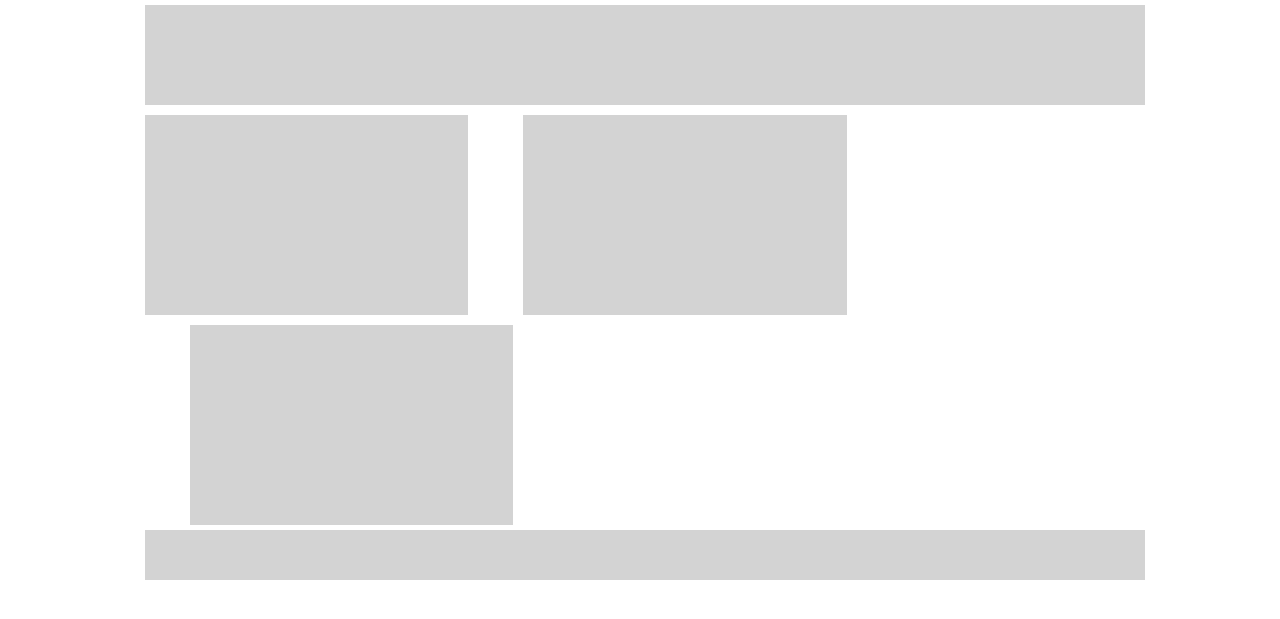
Repository: onopriienkoalina/onopriienkoalina.github.io
Page: dz9_containers/index.html
The author's editor kept a copy of each file at every save. The page is drawn from the files as they stood at one save, then again after the next save.
The browser window is 1280 px wide. The pictures show the whole page.
The style sheet was rebuilt from its Sass, Less or Tailwind sources for each picture, by a compiler version that may differ from the author's.

Above is the page before, as saved 2021-12-01 18:30:58.

### dz9_containers/index.html
<!DOCTYPE html>
<html lang="en">
<head>
    <meta charset="UTF-8">
    <meta http-equiv="X-UA-Compatible" content="IE=edge">
    <meta name="viewport" content="width=device-width, initial-scale=1.0">
    <title>Document</title>
    <link href="reset.css" rel="stylesheet">
    <link href="css/style.css" rel="stylesheet">
</head>
<body>
    <div class="block1">
<div class="header"></div>
<div class="section1"></div>
<div class="section2"></div>
<div class="section3"></div>
<div class="footer"></div>
</div>
</body>
</html>

### dz9_containers/style.scss

.section1{
 float: left;
 width: 32.33%;
 height: 200px;
 margin: 5px;
 background-color: #D3D3D3;
}
.section2{
    float: left;
    width: 32.33%;
    height: 200px;
    margin: 5px;
    margin-left: 5%;
    background-color: #D3D3D3;
}
.section3{
    float: left;
    width: 32.33%;
    height: 200px;
    margin: 5px;
    margin-left: 5%;
    background-color: #D3D3D3;
}
.header {
    clear: left;
    width: 100%;
    height: 100px;
    margin: 5px;
    background-color: #D3D3D3;
}
.footer {
    clear: left;
    width: 100%;
    height: 50px;
    margin: 5px;
    background-color: #D3D3D3;
}
.block1 {
    width: 1000px;
    margin: auto;
}

Loaded but not shown: dz9_containers/reset.css (common file)

After the next save:
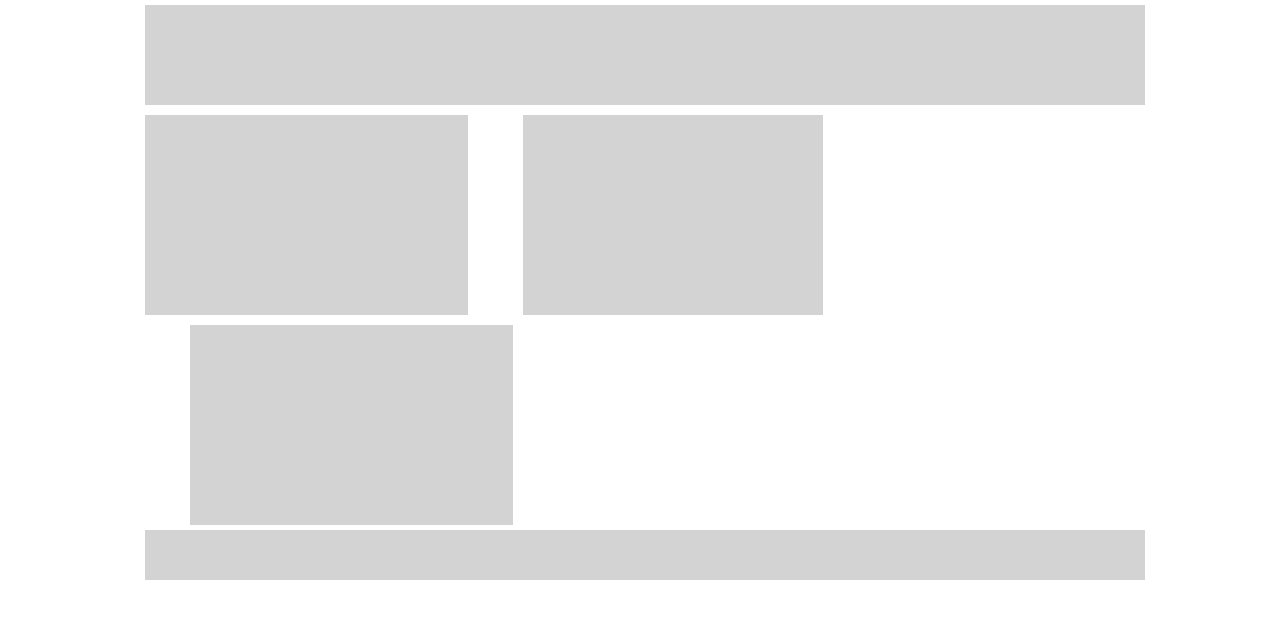
Saved 14 s later.
--- a/dz9_containers/style.scss
+++ b/dz9_containers/style.scss
@@ -8,7 +8,7 @@
 }
 .section2{
     float: left;
-    width: 32.33%;
+    width: 30%;
     height: 200px;
     margin: 5px;
     margin-left: 5%;
